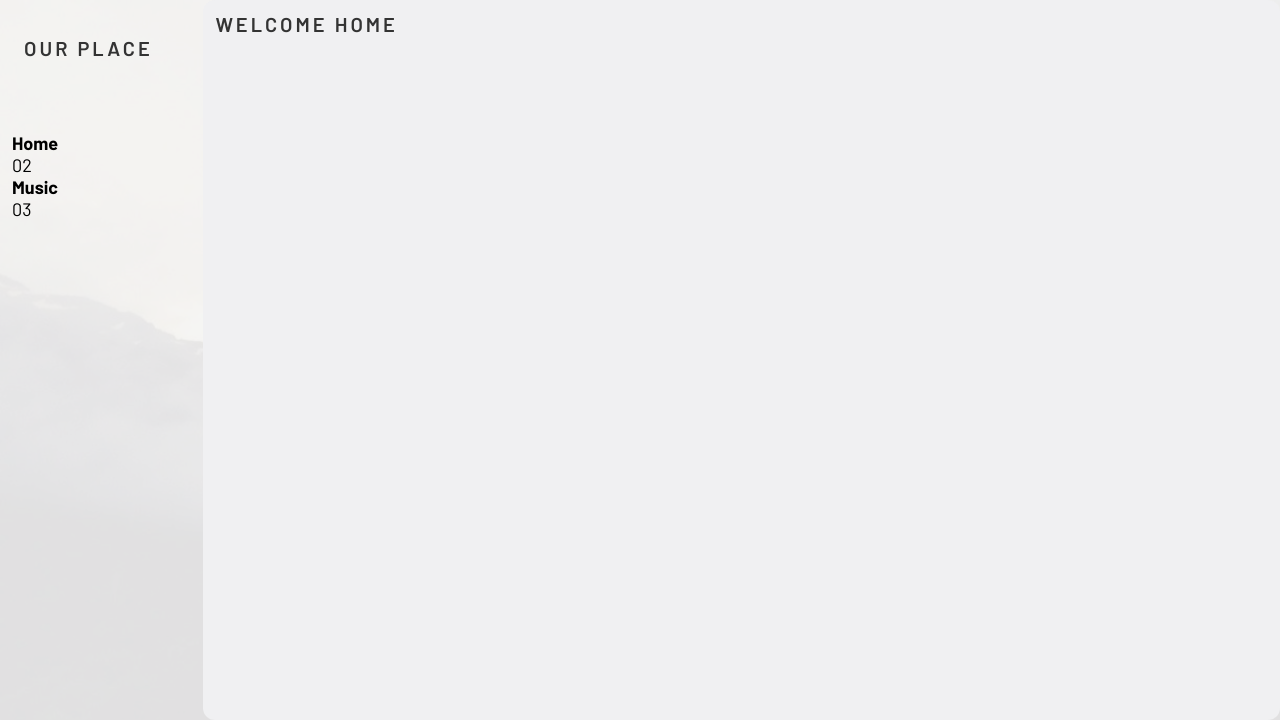
Repository: meghan-kradolfer/our-space-v1
Page: /
The author's editor kept a copy of each file at every save. The page is drawn from the files as they stood at one save, then again after the next save.
The browser window is 1280 px wide. The pictures show the whole page.
The project was rebuilt for these pictures with package versions that can differ from the ones it lists, and the page was loaded fresh each time. Also part of the build but not shown: src/containers/music/index.js, src/components/footer.js.

Above is the page before, as saved 2017-11-17 20:02:18.

### public/index.html
<!doctype html>
<html lang="en">
<head>
    <meta charSet="utf-8" />
     <meta charset="utf-8">
    <meta name="viewport" content="width=device-width, initial-scale=1, shrink-to-fit=no">
    <meta name="theme-color" content="#000000">

    <title>Our Place</title>

    <link rel="apple-touch-icon" href="%PUBLIC_URL%/favicon.ico"/>
    <link rel="apple-touch-icon" sizes="76x76" href="%PUBLIC_URL%/favicon.ico"/>
    <link rel="apple-touch-icon" sizes="120x120" href="%PUBLIC_URL%/favicon.ico"/>
    <link rel="apple-touch-icon" sizes="152x152" href="%PUBLIC_URL%/favicon.ico"/>
    <link rel="apple-touch-icon" sizes="180x180" href="%PUBLIC_URL%/favicon.ico"/>
    <link rel="icon" sizes="192x192" href="%PUBLIC_URL%/favicon.ico"/>
    <link rel="shortcut icon" sizes="76x76" type="image/x-icon" href="%PUBLIC_URL%/favicon.ico"/>
    <link rel="mask-icon" href="%PUBLIC_URL%/favicon.ico" color="#000000"/>


    <meta name="description" content="Our Place"/>

    <meta property="og:site_name" content="Our Place"/>
    <meta property="og:title" content="Our Place"/>
    <meta property="og:description" content="Our Place"/>
    <meta property="og:type" content="website"/>
    <meta property="og:url" content="#"/>
    <meta property="og:image" content="#"/>
    <meta property="og:locale" content="en_NZ"/>

    <meta name="twitter:title" content="Our Place"/>
    <meta name="twitter:description" content="Our Place"/>
    <meta name="twitter:card" content="summary"/>
    <meta name="twitter:app:name:iphone" content="Our Place"/>
    <meta name="twitter:app:name:ipad" content="Our Place"/>
    <meta name="twitter:app:name:googleplay" content="Our Place"/>

    <link href="https://maxcdn.bootstrapcdn.com/font-awesome/4.7.0/css/font-awesome.min.css" rel="stylesheet" />

   <link href="https://fonts.googleapis.com/css?family=Crimson+Text:400,400i,600,600i,700" rel="stylesheet" />
   <link href="https://fonts.googleapis.com/css?family=Barlow:400,400i,600,600i,700" rel="stylesheet">

</head>
<body>
 <noscript>
      You need to enable JavaScript to run this app.
    </noscript>
<div id="root"></div>
</body>
</html>

### src/index.js
import React from "react";
import ReactDOM from "react-dom";
import { BrowserRouter as Router } from "react-router-dom"
import "./index.css";
import App from "./containers/app"
import registerServiceWorker from "./registerServiceWorker";

ReactDOM.render(<Router><App /></Router>, document.getElementById("root"));
registerServiceWorker();

### src/index.css
@keyframes bubble {
  100% {
    -webkit-transform: translate(-1px, 2px);
    -moz-transform: translate(-1px, 2px);
    -ms-transform: translate(-1px, 2px);
    -o-transform: translate(-1px, 2px);
    transform: translate(-1px, 2px); }
  75% {
    -webkit-transform: translate(3px, -2px);
    -moz-transform: translate(3px, -2px);
    -ms-transform: translate(3px, -2px);
    -o-transform: translate(3px, -2px);
    transform: translate(3px, -2px); }
  50% {
    -webkit-transform: translate(-1px, 1px);
    -moz-transform: translate(-1px, 1px);
    -ms-transform: translate(-1px, 1px);
    -o-transform: translate(-1px, 1px);
    transform: translate(-1px, 1px); }
  25% {
    -webkit-transform: translate(1px, 2px);
    -moz-transform: translate(1px, 2px);
    -ms-transform: translate(1px, 2px);
    -o-transform: translate(1px, 2px);
    transform: translate(1px, 2px); }
  0% {
    -webkit-transform: translate(-1px, -2px);
    -moz-transform: translate(-1px, -2px);
    -ms-transform: translate(-1px, -2px);
    -o-transform: translate(-1px, -2px);
    transform: translate(-1px, -2px); } }

@-webkit-keyframes bubble {
  100% {
    -webkit-transform: translate(-1px, 2px);
    -moz-transform: translate(-1px, 2px);
    -ms-transform: translate(-1px, 2px);
    -o-transform: translate(-1px, 2px);
    transform: translate(-1px, 2px); }
  75% {
    -webkit-transform: translate(3px, -2px);
    -moz-transform: translate(3px, -2px);
    -ms-transform: translate(3px, -2px);
    -o-transform: translate(3px, -2px);
    transform: translate(3px, -2px); }
  50% {
    -webkit-transform: translate(-1px, 1px);
    -moz-transform: translate(-1px, 1px);
    -ms-transform: translate(-1px, 1px);
    -o-transform: translate(-1px, 1px);
    transform: translate(-1px, 1px); }
  25% {
    -webkit-transform: translate(1px, 2px);
    -moz-transform: translate(1px, 2px);
    -ms-transform: translate(1px, 2px);
    -o-transform: translate(1px, 2px);
    transform: translate(1px, 2px); }
  0% {
    -webkit-transform: translate(-1px, -2px);
    -moz-transform: translate(-1px, -2px);
    -ms-transform: translate(-1px, -2px);
    -o-transform: translate(-1px, -2px);
    transform: translate(-1px, -2px); } }

@keyframes bubblebubble {
  50% {
    -webkit-transform: translate(0px, -130px);
    -moz-transform: translate(0px, -130px);
    -ms-transform: translate(0px, -130px);
    -o-transform: translate(0px, -130px);
    transform: translate(0px, -130px);
    opacity: 0; }
  40% {
    -webkit-transform: translate(3px, -90px);
    -moz-transform: translate(3px, -90px);
    -ms-transform: translate(3px, -90px);
    -o-transform: translate(3px, -90px);
    transform: translate(3px, -90px);
    opacity: 0.4; }
  30% {
    -webkit-transform: translate(-3px, -60px);
    -moz-transform: translate(-3px, -60px);
    -ms-transform: translate(-3px, -60px);
    -o-transform: translate(-3px, -60px);
    transform: translate(-3px, -60px);
    opacity: 0.6; }
  100% {
    opacity: 0;
    -webkit-transform: translate(0px, 0px);
    -moz-transform: translate(0px, 0px);
    -ms-transform: translate(0px, 0px);
    -o-transform: translate(0px, 0px);
    transform: translate(0px, 0px); }
  90% {
    -webkit-transform: translate(0px, -130px);
    -moz-transform: translate(0px, -130px);
    -ms-transform: translate(0px, -130px);
    -o-transform: translate(0px, -130px);
    transform: translate(0px, -130px);
    opacity: 0; }
  20% {
    -webkit-transform: translate(4px, -40px);
    -moz-transform: translate(4px, -40px);
    -ms-transform: translate(4px, -40px);
    -o-transform: translate(4px, -40px);
    transform: translate(4px, -40px);
    opacity: 0.7; }
  10% {
    -webkit-transform: translate(-4px, -20px);
    -moz-transform: translate(-4px, -20px);
    -ms-transform: translate(-4px, -20px);
    -o-transform: translate(-4px, -20px);
    transform: translate(-4px, -20px);
    opacity: 0.8; }
  0% {
    -webkit-transform: translate(0px, 0px);
    -moz-transform: translate(0px, 0px);
    -ms-transform: translate(0px, 0px);
    -o-transform: translate(0px, 0px);
    transform: translate(0px, 0px);
    opacity: 0.9; } }

@-webkit-keyframes bubblebubble {
  50% {
    -webkit-transform: translate(0px, -130px);
    -moz-transform: translate(0px, -130px);
    -ms-transform: translate(0px, -130px);
    -o-transform: translate(0px, -130px);
    transform: translate(0px, -130px);
    opacity: 0; }
  40% {
    -webkit-transform: translate(3px, -90px);
    -moz-transform: translate(3px, -90px);
    -ms-transform: translate(3px, -90px);
    -o-transform: translate(3px, -90px);
    transform: translate(3px, -90px);
    opacity: 0.4; }
  30% {
    -webkit-transform: translate(-3px, -60px);
    -moz-transform: translate(-3px, -60px);
    -ms-transform: translate(-3px, -60px);
    -o-transform: translate(-3px, -60px);
    transform: translate(-3px, -60px);
    opacity: 0.6; }
  100% {
    opacity: 0;
    -webkit-transform: translate(0px, 0px);
    -moz-transform: translate(0px, 0px);
    -ms-transform: translate(0px, 0px);
    -o-transform: translate(0px, 0px);
    transform: translate(0px, 0px); }
  90% {
    -webkit-transform: translate(0px, -130px);
    -moz-transform: translate(0px, -130px);
    -ms-transform: translate(0px, -130px);
    -o-transform: translate(0px, -130px);
    transform: translate(0px, -130px);
    opacity: 0; }
  20% {
    -webkit-transform: translate(4px, -40px);
    -moz-transform: translate(4px, -40px);
    -ms-transform: translate(4px, -40px);
    -o-transform: translate(4px, -40px);
    transform: translate(4px, -40px);
    opacity: 0.7; }
  10% {
    -webkit-transform: translate(-4px, -20px);
    -moz-transform: translate(-4px, -20px);
    -ms-transform: translate(-4px, -20px);
    -o-transform: translate(-4px, -20px);
    transform: translate(-4px, -20px);
    opacity: 0.8; }
  0% {
    -webkit-transform: translate(0px, 0px);
    -moz-transform: translate(0px, 0px);
    -ms-transform: translate(0px, 0px);
    -o-transform: translate(0px, 0px);
    transform: translate(0px, 0px);
    opacity: 0.9; } }

/* ==========================================================================
   Normalize.scss settings
   ========================================================================== */
/**
 * Includes legacy browser support IE6/7
 *
 * Set to false if you want to drop support for IE6 and IE7
 */
/* Base
   ========================================================================== */
/**
 * 1. Set default font family to sans-serif.
 * 2. Prevent iOS and IE text size adjust after device orientation change,
 *    without disabling user zoom.
 * 3. Corrects text resizing oddly in IE 6/7 when body `font-size` is set using
 *  `em` units.
 */
html {
  font-family: sans-serif;
  /* 1 */
  -ms-text-size-adjust: 100%;
  /* 2 */
  -webkit-text-size-adjust: 100%;
  /* 2 */ }

/**
 * Remove default margin.
 */
body {
  margin: 0; }

/* HTML5 display definitions
   ========================================================================== */
/**
 * Correct `block` display not defined for any HTML5 element in IE 8/9.
 * Correct `block` display not defined for `details` or `summary` in IE 10/11
 * and Firefox.
 * Correct `block` display not defined for `main` in IE 11.
 */
article,
aside,
details,
figcaption,
figure,
footer,
header,
hgroup,
main,
menu,
nav,
section,
summary {
  display: block; }

/**
 * 1. Correct `inline-block` display not defined in IE 6/7/8/9 and Firefox 3.
 * 2. Normalize vertical alignment of `progress` in Chrome, Firefox, and Opera.
 */
audio,
canvas,
progress,
video {
  display: inline-block;
  /* 1 */
  vertical-align: baseline;
  /* 2 */ }

/**
 * Prevents modern browsers from displaying `audio` without controls.
 * Remove excess height in iOS 5 devices.
 */
audio:not([controls]) {
  display: none;
  height: 0; }

/**
 * Address `[hidden]` styling not present in IE 8/9/10.
 * Hide the `template` element in IE 8/9/10/11, Safari, and Firefox < 22.
 */
[hidden],
template {
  display: none; }

/* Links
   ========================================================================== */
/**
 * Remove the gray background color from active links in IE 10.
 */
a {
  background-color: transparent; }

/**
 * Improve readability of focused elements when they are also in an
 * active/hover state.
 */
a:active, a:hover {
  outline: 0; }

/* Text-level semantics
   ========================================================================== */
/**
 * Address styling not present in IE 8/9/10/11, Safari, and Chrome.
 */
abbr[title] {
  border-bottom: 1px dotted; }

/**
 * Address style set to `bolder` in Firefox 4+, Safari, and Chrome.
 */
b,
strong {
  font-weight: bold; }

/**
 * Address styling not present in Safari and Chrome.
 */
dfn {
  font-style: italic; }

/**
 * Address variable `h1` font-size and margin within `section` and `article`
 * contexts in Firefox 4+, Safari, and Chrome.
 */
h1 {
  font-size: 2em;
  margin: 0.67em 0; }

/**
 * Addresses styling not present in IE 8/9.
 */
mark {
  background: #ff0;
  color: #000; }

/**
 * Address inconsistent and variable font size in all browsers.
 */
small {
  font-size: 80%; }

/**
 * Prevent `sub` and `sup` affecting `line-height` in all browsers.
 */
sub,
sup {
  font-size: 75%;
  line-height: 0;
  position: relative;
  vertical-align: baseline; }

sup {
  top: -0.5em; }

sub {
  bottom: -0.25em; }

/* Embedded content
   ========================================================================== */
/**
 * 1. Remove border when inside `a` element in IE 8/9/10.
 * 2. Improves image quality when scaled in IE 7.
 */
img {
  border: 0; }

/**
 * Correct overflow not hidden in IE 9/10/11.
 */
svg:not(:root) {
  overflow: hidden; }

/* Grouping content
   ========================================================================== */
/**
 * Address margin not present in IE 8/9 and Safari.
 */
figure {
  margin: 1em 40px; }

/**
 * Address differences between Firefox and other browsers.
 */
hr {
  box-sizing: content-box;
  height: 0; }

/**
 * Contain overflow in all browsers.
 */
pre {
  overflow: auto; }

/**
 * Address odd `em`-unit font size rendering in all browsers.
 * Correct font family set oddly in IE 6, Safari 4/5, and Chrome.
 */
code,
kbd,
pre,
samp {
  font-family: monospace, monospace;
  font-size: 1em; }

/* Forms
   ========================================================================== */
/**
 * Known limitation: by default, Chrome and Safari on OS X allow very limited
 * styling of `select`, unless a `border` property is set.
 */
/**
 * 1. Correct color not being inherited.
 *  Known issue: affects color of disabled elements.
 * 2. Correct font properties not being inherited.
 * 3. Address margins set differently in Firefox 4+, Safari, and Chrome.
 * 4. Improves appearance and consistency in all browsers.
 */
button,
input,
optgroup,
select,
textarea {
  color: inherit;
  /* 1 */
  font: inherit;
  /* 2 */
  margin: 0;
  /* 3 */ }

/**
 * Address `overflow` set to `hidden` in IE 8/9/10/11.
 */
button {
  overflow: visible; }

/**
 * Address inconsistent `text-transform` inheritance for `button` and `select`.
 * All other form control elements do not inherit `text-transform` values.
 * Correct `button` style inheritance in Firefox, IE 8/9/10/11, and Opera.
 * Correct `select` style inheritance in Firefox.
 */
button,
select {
  text-transform: none; }

/**
 * 1. Avoid the WebKit bug in Android 4.0.* where (2) destroys native `audio`
 *  and `video` controls.
 * 2. Correct inability to style clickable `input` types in iOS.
 * 3. Improve usability and consistency of cursor style between image-type
 *  `input` and others.
 * 4. Removes inner spacing in IE 7 without affecting normal text inputs.
 *  Known issue: inner spacing remains in IE 6.
 */
button,
html input[type="button"],
input[type="reset"],
input[type="submit"] {
  -webkit-appearance: button;
  /* 2 */
  cursor: pointer;
  /* 3 */ }

/**
 * Re-set default cursor for disabled elements.
 */
button[disabled],
html input[disabled] {
  cursor: default; }

/**
 * Remove inner padding and border in Firefox 4+.
 */
button::-moz-focus-inner,
input::-moz-focus-inner {
  border: 0;
  padding: 0; }

/**
 * Address Firefox 4+ setting `line-height` on `input` using `!important` in
 * the UA stylesheet.
 */
input {
  line-height: normal; }

/**
 * 1. Address box sizing set to `content-box` in IE 8/9/10.
 * 2. Remove excess padding in IE 8/9/10.
 *  Known issue: excess padding remains in IE 6.
 */
input[type="checkbox"],
input[type="radio"] {
  box-sizing: border-box;
  /* 1 */
  padding: 0;
  /* 2 */ }

/**
 * Fix the cursor style for Chrome's increment/decrement buttons. For certain
 * `font-size` values of the `input`, it causes the cursor style of the
 * decrement button to change from `default` to `text`.
 */
input[type="number"]::-webkit-inner-spin-button,
input[type="number"]::-webkit-outer-spin-button {
  height: auto; }

/**
 * 1. Address `appearance` set to `searchfield` in Safari and Chrome.
 * 2. Address `box-sizing` set to `border-box` in Safari and Chrome.
 */
input[type="search"] {
  -webkit-appearance: textfield;
  /* 1 */
  box-sizing: content-box;
  /* 2 */ }

/**
 * Remove inner padding and search cancel button in Safari and Chrome on OS X.
 * Safari (but not Chrome) clips the cancel button when the search input has
 * padding (and `textfield` appearance).
 */
input[type="search"]::-webkit-search-cancel-button,
input[type="search"]::-webkit-search-decoration {
  -webkit-appearance: none; }

/**
 * Define consistent border, margin, and padding.
 */
fieldset {
  border: 1px solid #c0c0c0;
  margin: 0 2px;
  padding: 0.35em 0.625em 0.75em; }

/**
 * 1. Correct `color` not being inherited in IE 8/9/10/11.
 * 2. Remove padding so people aren't caught out if they zero out fieldsets.
 * 3. Corrects text not wrapping in Firefox 3.
 * 4. Corrects alignment displayed oddly in IE 6/7.
 */
legend {
  border: 0;
  /* 1 */
  padding: 0;
  /* 2 */ }

/**
 * Remove default vertical scrollbar in IE 8/9/10/11.
 */
textarea {
  overflow: auto; }

/**
 * Don't inherit the `font-weight` (applied by a rule above).
 * NOTE: the default cannot safely be changed in Chrome and Safari on OS X.
 */
optgroup {
  font-weight: bold; }

/* Tables
   ========================================================================== */
/**
 * Remove most spacing between table cells.
 */
table {
  border-collapse: collapse;
  border-spacing: 0; }

td,
th {
  padding: 0; }

a {
  color: inherit; }

* {
  box-sizing: border-box; }

html,
body {
  height: 100%;
  font-size: 12px; }

html {
  background-image: url("/assets/img/bg.jpg");
  background-size: cover; }

body {
  background-color: rgba(244, 244, 244, 0.9); }

img {
  max-width: 100%; }

.container {
  padding: 0;
  margin: 0;
  list-style: none;
  height: 100vh;
  -ms-box-orient: horizontal;
  display: flex;
  justify-content: space-around;
  flex-flow: row wrap;
  align-items: stretch; }

header {
  flex: 1;
  height: 100vh;
  overflow: scroll; }

main {
  font-family: "Barlow", sans-serif;
  flex: 6;
  height: 100vh;
  background: #F0F0F2;
  overflow: scroll;
  border-radius: 1rem; }

h1 {
  font-weight: 600;
  color: rgba(47, 47, 47, 0.98);
  text-transform: uppercase;
  font-size: 20px;
  letter-spacing: 3px;
  padding: 1rem;
  margin: 0; }

h2 {
  background-color: rgba(47, 47, 47, 0.98);
  font-weight: 600;
  color: #F0F0F2;
  text-transform: uppercase;
  font-size: 20px;
  letter-spacing: 3px;
  padding: 1rem;
  margin: 0; }

a {
  position: relative;
  text-decoration: none;
  color: inherit; }

.row {
  max-width: 80rem;
  margin: 0 auto; }

.col-12, .col-10, .col-9, .col-6, .col-4, .col-3 {
  display: inline-block;
  vertical-align: middle; }

.col-12 {
  width: 100%; }

.col-10 {
  width: 83.3%; }

.col-9 {
  width: 75%; }

.col-6 {
  width: 50%; }

.col-4 {
  width: 33.3%; }

.col-3 {
  width: 25%; }

.top-banner {
  background-color: rgba(47, 47, 47, 0.98); }
  .top-banner h1 {
    color: #F0F0F2;
    padding: 10rem 0;
    text-align: center; }

header {
  font-family: "Barlow", sans-serif;
  padding: 1rem 0;
  font-size: 1.5rem;
  padding: 0 1rem; }
  header .flex-item {
    display: flex;
    flex-direction: column; }
  header .logo {
    font-size: 2rem;
    padding: 2rem 0 5rem 0; }
  header .nav-item {
    flex-direction: column;
    color: rgba(47, 47, 47, 0.98);
    padding: 1rem 0;
    border-top: 1px solid rgba(47, 47, 47, 0.98);
    padding-bottom: 4rem; }
    header .nav-item:hover {
      color: #66857B;
      border-color: #66857B; }
  header strong {
    display: block; }

footer .social {
  text-align: center;
  color: rgba(47, 47, 47, 0.98); }
  footer .social i {
    font-size: 2rem;
    padding: 0 2rem;
    cursor: pointer; }
    footer .social i:hover {
      color: #66857B; }

### src/containers/app/index.js
import React from "react";
import { Route, Link } from "react-router-dom"
import Home from "../home"
import Music from "../music"
import Nav from "../../components/nav"
import Footer from "../../components/footer"
import tracker from "../../utils/google-analytics";


const App = () => (
  <div className="container">
    <Nav>
      <Link to="/">
        <strong>Home</strong>
        02
      </Link>
      <Link to="/music">
        <strong>Music</strong>
        03
      </Link>
    </Nav>
    <main>
      <Route exact path="/" component={tracker(Home)} />
      <Route exact path="/music" component={tracker(Music)} />
    </main>
  </div>
);

export default App

### src/containers/home/index.js
import React from "react"

const Home = props => (
  <div className="home">
    <h1>Welcome Home</h1>
  </div>
);

export default Home;

### src/components/nav.js
import React from 'react'

class Nav extends React.Component {
  render() {
    return (
      <header>
        <div className="flex-item logo">
          <h1>Our Place</h1>
        </div>
        <nav className="flex-item">
          {this.props.children}
        </nav>
      </header>
    )
  }
}

export default Nav

### src/utils/google-analytics.js
import React from "react";
import ReactGA from "react-ga";

ReactGA.initialize("UA-107493752-1");

const tracker = (WrappedComponent) => {
  const trackPage = (page) => {
    ReactGA.pageview(page);
  };

  const HOC = (props) => {
    const page = props.location.pathname;
    trackPage(page);

    return (
      <WrappedComponent {...props} />
    );
  };

  return HOC;
};

export default tracker;

Loaded but not shown: src/registerServiceWorker.js (common file)

After the next save:
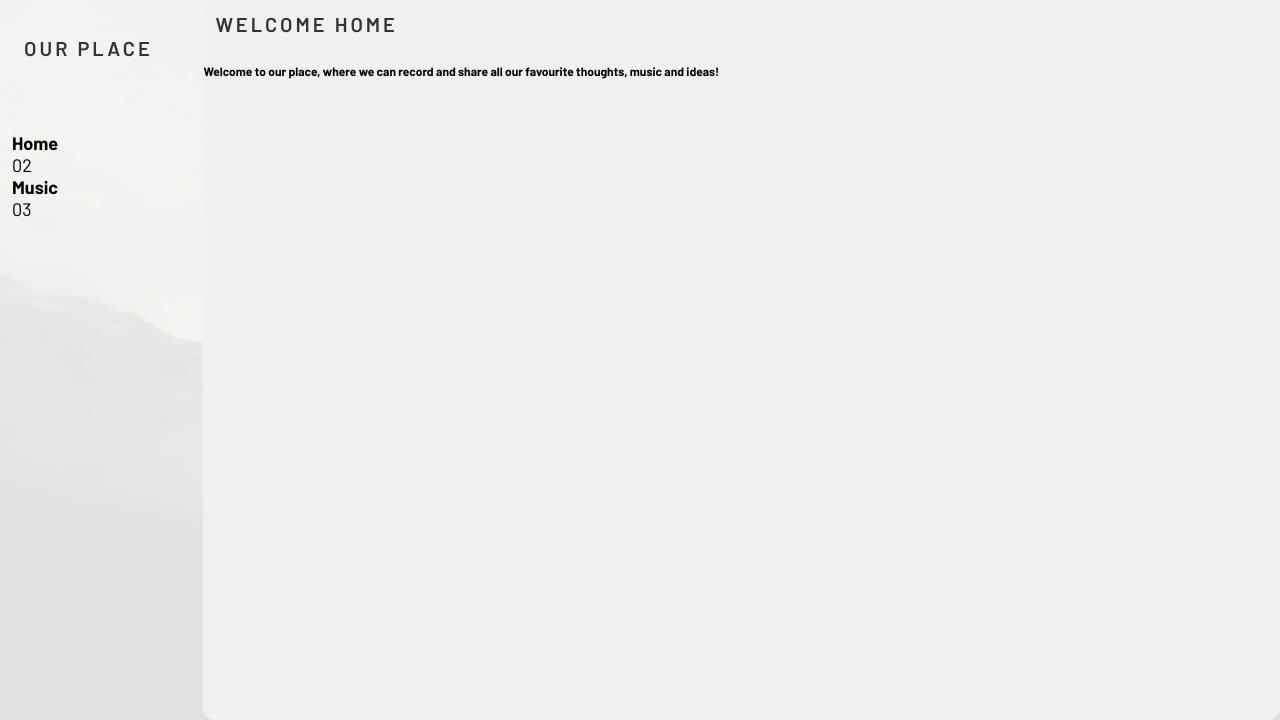
Saved 57 s later.
--- a/src/containers/home/index.js
+++ b/src/containers/home/index.js
@@ -3,6 +3,7 @@ import React from "react"
 const Home = props => (
   <div className="home">
     <h1>Welcome Home</h1>
+    <h4>Welcome to our place, where we can record and share all our favourite thoughts, music and ideas!</h4>
   </div>
 );
 
